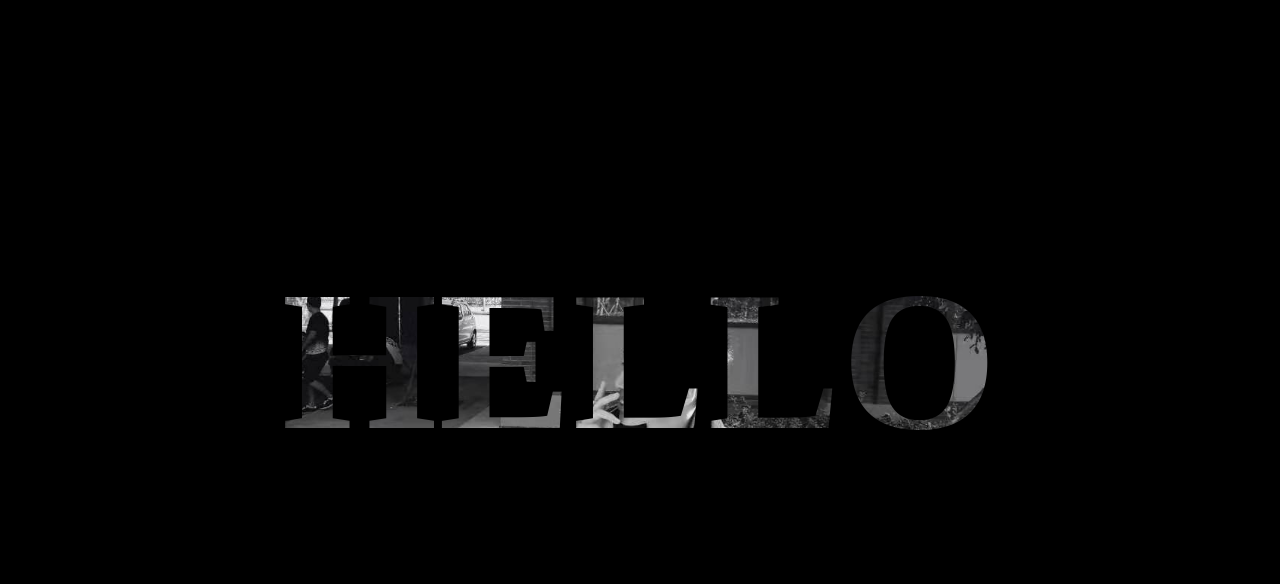
Repository: nishuiwei/nishuiwei.github.io
Page: background.html
The author's editor kept a copy of each file at every save. The page is drawn from the files as they stood at one save, then again after the next save.
The browser window is 1280 px wide. The pictures show the whole page.

Above is the page before, as saved 2019-12-19 16:25:05.

### background.html
<!DOCTYPE html>
<html lang="en">

<head>
  <meta charset="UTF-8">
  <meta name="viewport" content="width=device-width, initial-scale=1.0">
  <meta http-equiv="X-UA-Compatible" content="ie=edge">
  <meta name="卫慧杰" content="w920098695@sina.cn" />
  <meta name="keywords" content="your tags" />
  <meta name="description" content="your description" />
  <meta http-equiv="X-UA-Compatible" content="ie=edge">
  <meta name="COPYRIGHT" content="卫慧杰">
  <title>Document</title>
  <style>
    body {
      margin: 0px;
      padding: 0px;
      font-family: "黑体";
      background: #000;
    }

    h1 {
      font-size: 200px;
      text-transform: uppercase;
      /*定义文本中的大小写，uppercase仅有大写字母 */
      font-weight: 900;
      /*定义文本的粗细，从100~900*/
      letter-spacing: 1px;
      /*设置字母间距*/
      position: absolute;
      top: 50%;
      left: 50%;
      transform: translate(-50%, -50%);
      /*position & transform: translate(-50%, -50%)
    实现块元素百分比下居中*/
      margin: 0;
      background: url(./bg1.jpg) 50% 50%;
      /*背景图片路径和size大小*/
      background-size: cover;
      /*此时会保持图像的纵横比*/
      /*并将图像缩放成将完全覆盖背景定位区域的最小大小。*/
      -webkit-text-fill-color: transparent;
      /*text-fill-color是设置指定文字的填充颜色，transparent透明*/
      -webkit-background-clip: text;
      /*背景绘制在text区域内，剪切成文字形状*/
    }
  </style>
</head>

<body>
  <div class="container">
      <h1>hello</h1>
  </div>
</body>

</html>

After the next save:
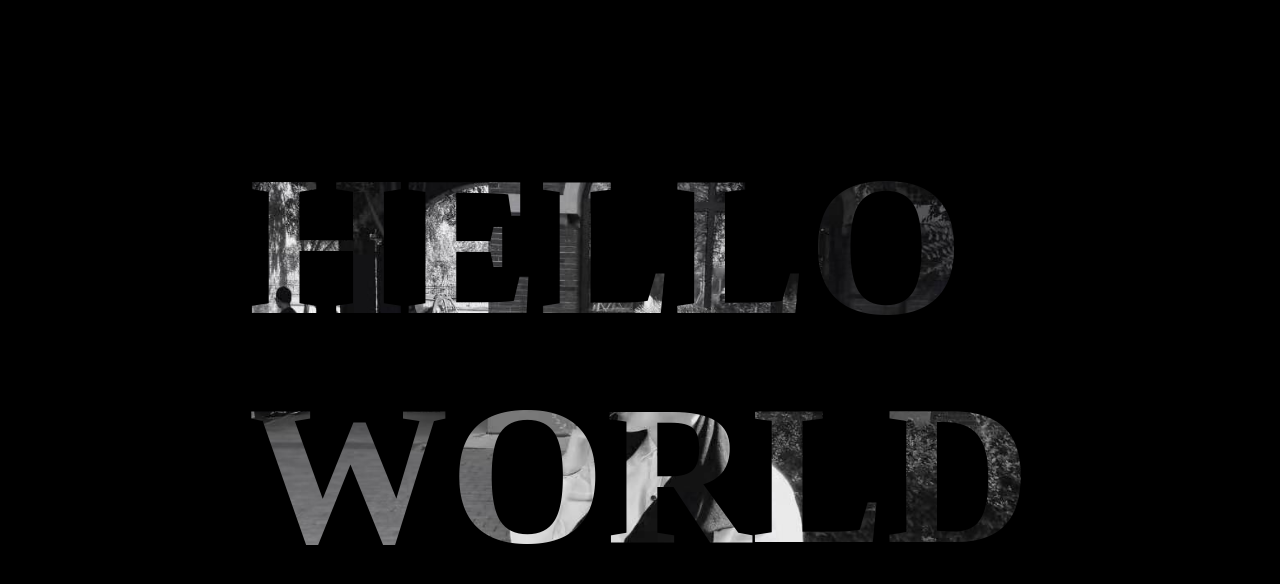
Saved 35 s later.
--- a/background.html
+++ b/background.html
@@ -49,7 +49,7 @@
 
 <body>
   <div class="container">
-      <h1>hello</h1>
+      <h1>hello world</h1>
   </div>
 </body>
 
